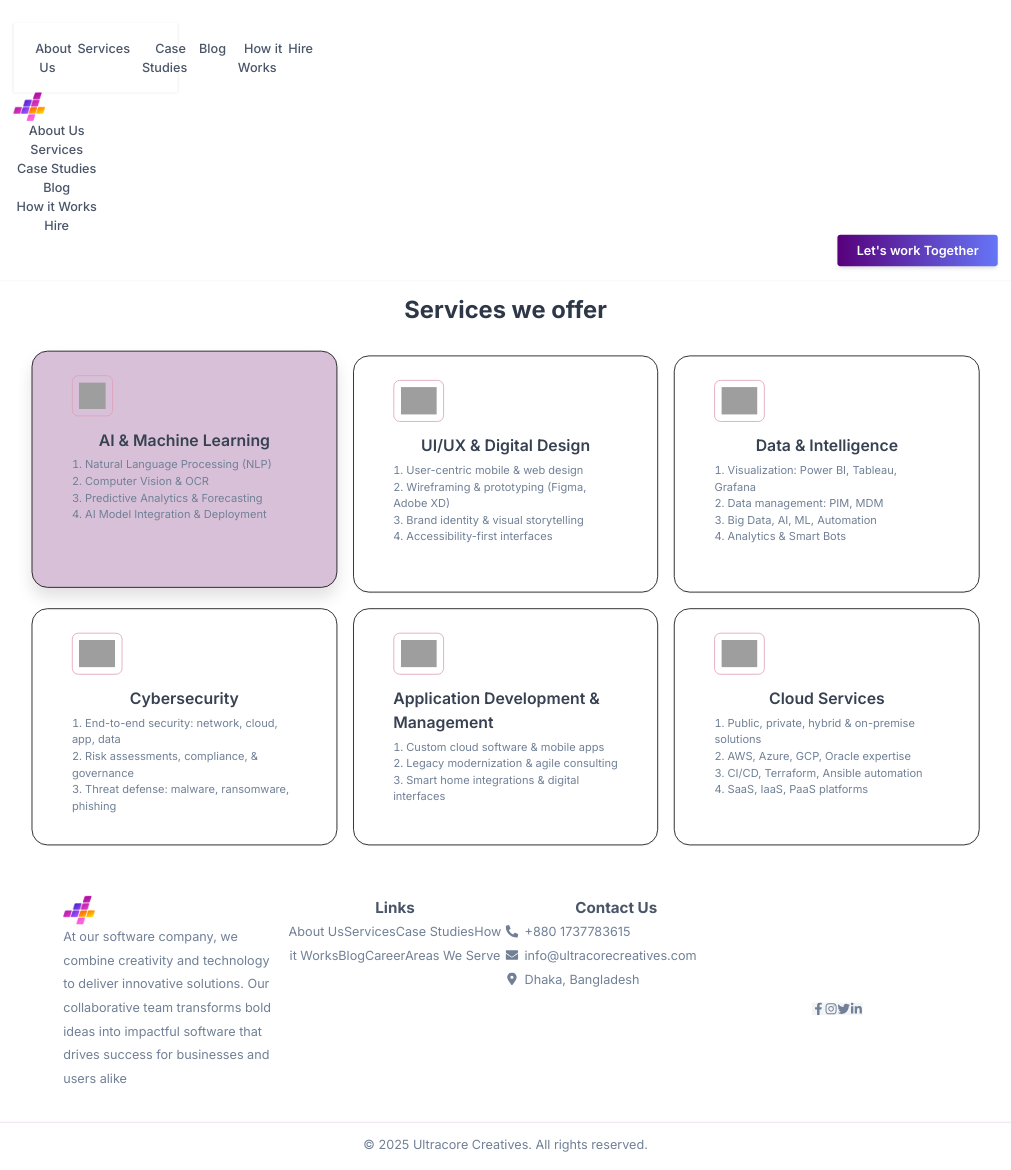
Repository: nazifat/ultra-core
Page: /services
These files come from the project's save history. The page is drawn as it stood at one moment and after the next save; the edit follows.
The browser window is 1280 px wide. The pictures show the whole page, at 79% of full size.
The pointer rests on the first visible `.hover-card`.
Pictures or frames that could not be fetched are drawn as grey boxes. The project was rebuilt for these pictures with package versions that can differ from the ones it lists, and the page was loaded fresh each time. Also part of the build but not shown: vite.config.js, src/App.jsx, src/Pages/ErrorPage/ErrorPage.jsx, src/Components/Divider/Divider.jsx, src/Components/CustomHeader/CustomHeader.jsx, src/Pages/Home/Approach/Approach.jsx, src/Pages/Home/Banner/Banner.jsx, src/Pages/Home/BoldIdeas/BoldIdeas.jsx and 23 more.

Above is the page before, as saved 2025-07-10 14:16:37.

After the next save:
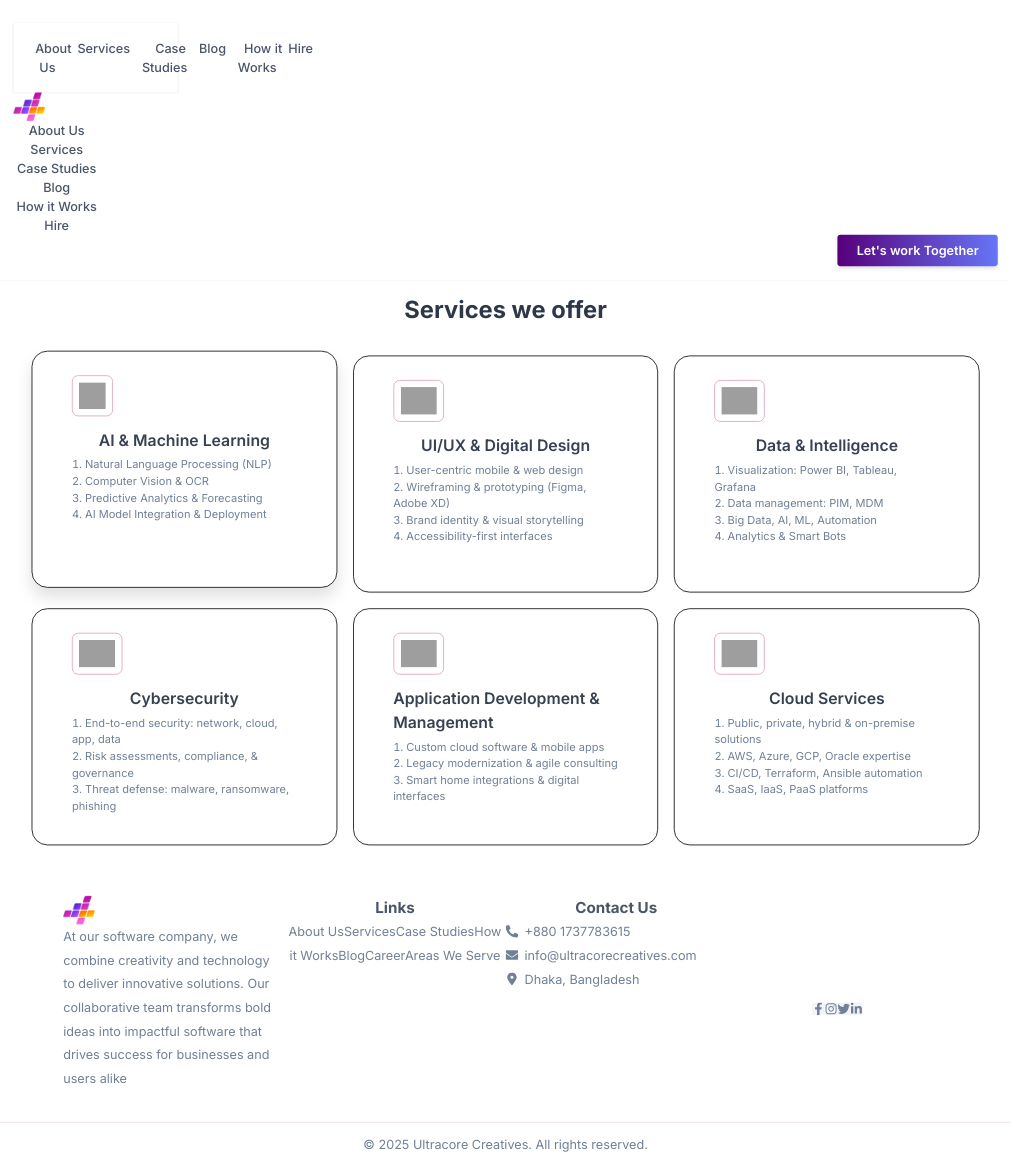
Saved 8 s later.
--- a/src/Pages/Services/Services.css
+++ b/src/Pages/Services/Services.css
@@ -6,5 +6,4 @@
   transform: translateY(-6px);
   box-shadow: 0 12px 20px rgba(0, 0, 0, 0.12);
   cursor: pointer;
-  background-color: rgb(216, 193, 216) ;
 }
